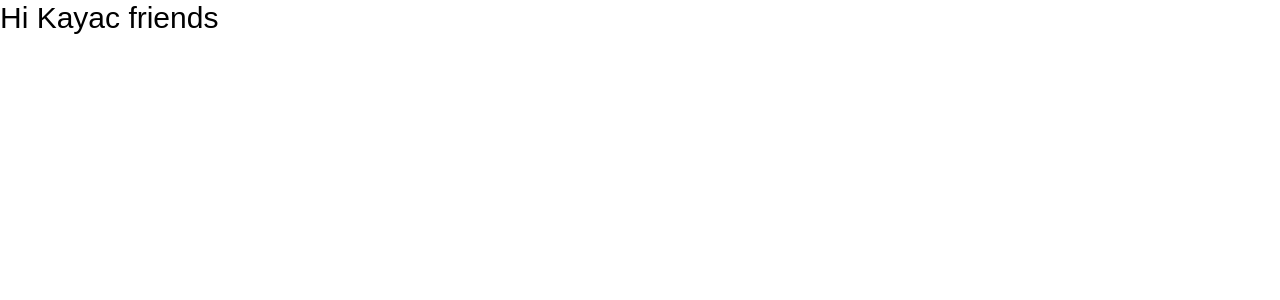
Repository: kentnathaniel/kayac-presentation
Page: /
These files come from the project's save history. The page is drawn as it stood at one moment and after the next save; the edit follows.
The browser window is 1280 px wide. The pictures show the whole page.
Some web fonts or font styles are not loaded; a fallback is used. The project was rebuilt for these pictures with package versions that can differ from the ones it lists, and the page was loaded fresh each time. Also part of the build but not shown: vite.config.ts.

Above is the page before, as saved 2024-09-14 08:46:09.

After the next save:
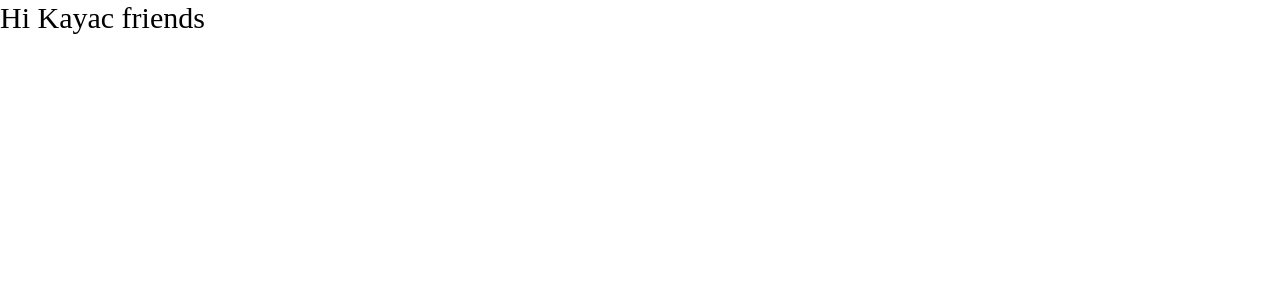
Saved 5 s later.
--- a/src/index.css
+++ b/src/index.css
@@ -24,5 +24,5 @@
 }
 
 body {
-  font-family: "Neue Haas Grotesk", Arial, Helvetica, sans-serif;
+  font-family: "Neue Haas Grotesk";
 }

After the save that followed:
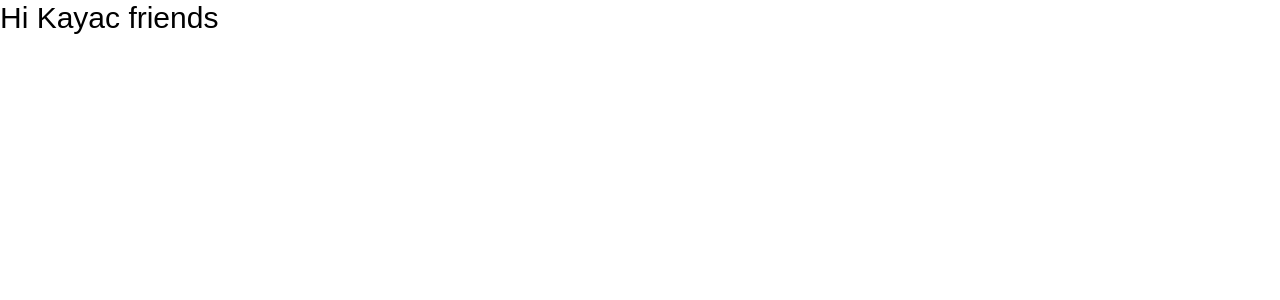
Saved 5 s later.
--- a/src/index.css
+++ b/src/index.css
@@ -24,5 +24,5 @@
 }
 
 body {
-  font-family: "Neue Haas Grotesk";
+  font-family: "Neue Haas Grotesk", Arial, Helvetica, sans-serif;
 }
